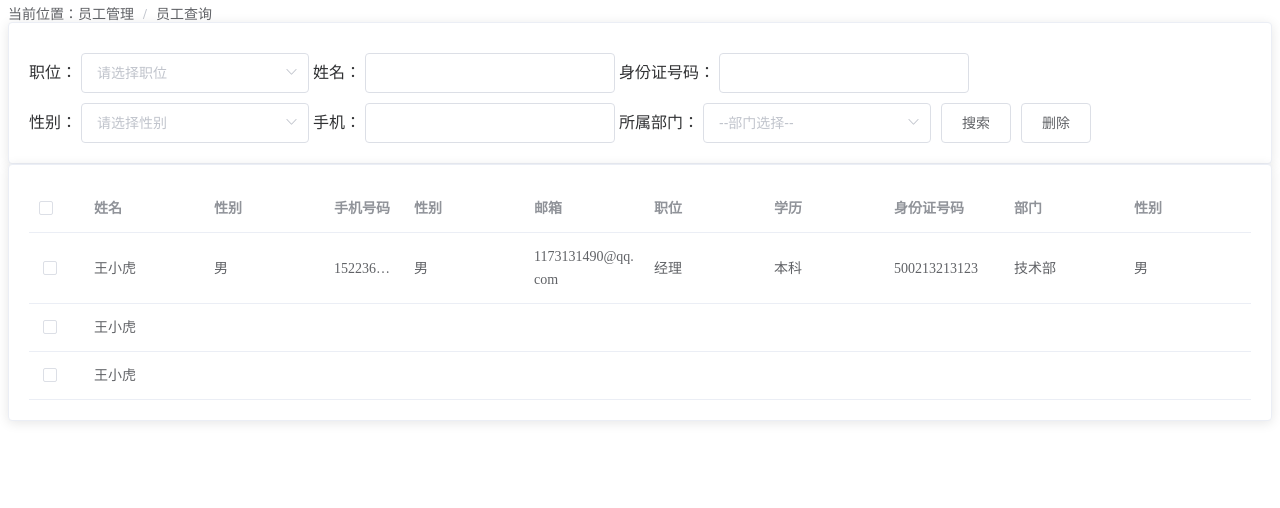
Repository: YUNjwyao/vue_hrm
Page: /#/employee
These files come from the project's save history. The page is drawn as it stood at one moment and after the next save; the edit follows.
The browser window is 1280 px wide. The pictures show the whole page.
The project was rebuilt for these pictures with package versions that can differ from the ones it lists, and the page was loaded fresh each time.

Above is the page before, as saved 2020-10-15 19:45:55.

After the next save:
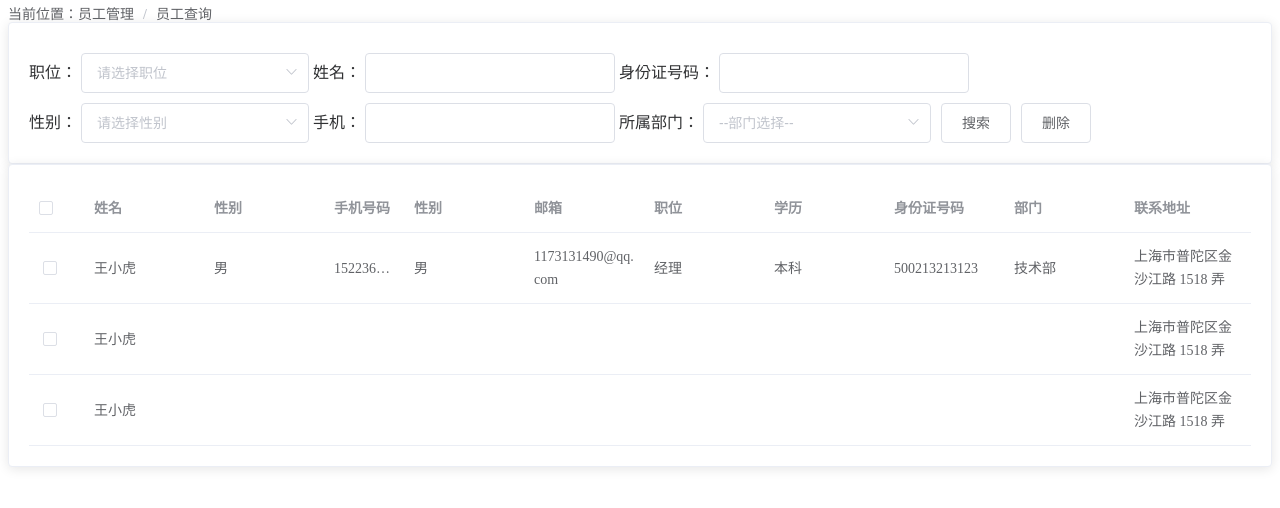
Saved 40 s later.
--- a/src/components/Employee/EmployeeQuery.vue
+++ b/src/components/Employee/EmployeeQuery.vue
@@ -109,13 +109,13 @@
       width="120">
     </el-table-column>
 <el-table-column
-      prop="sex"
-      label="性别"
-      width="120">
-    </el-table-column>
-	<el-table-column
-      prop="sex"
-      label="性别"
+      prop="address"
+      label="联系地址"
+      width="120">
+    </el-table-column>
+	<el-table-column
+      prop="date"
+      label="建档日期"
       width="120">
     </el-table-column>
   </el-table>
